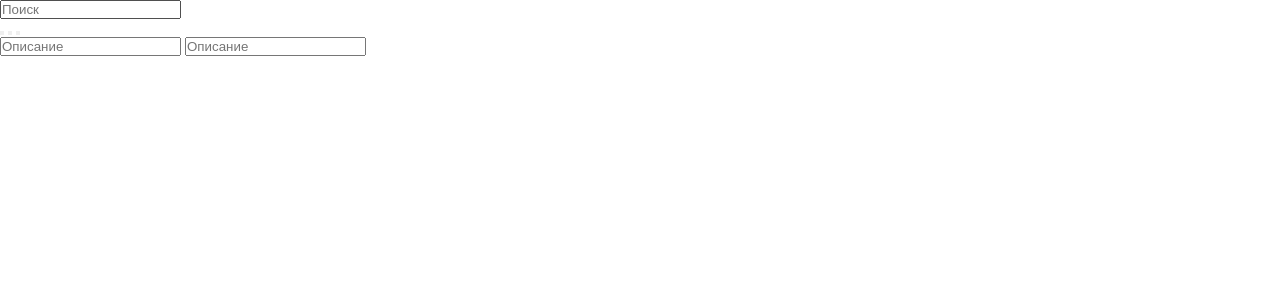
Repository: svetks0504-sudo/Projekt4_To_Do_List
Page: index.html
An editor plug-in stored every save of this project. The page is shown before and after the next save, followed by the edit.
The browser window is 1280 px wide. The pictures show the whole page.

Above is the page before, as saved 2025-11-18 11:30:46.

After the next save:
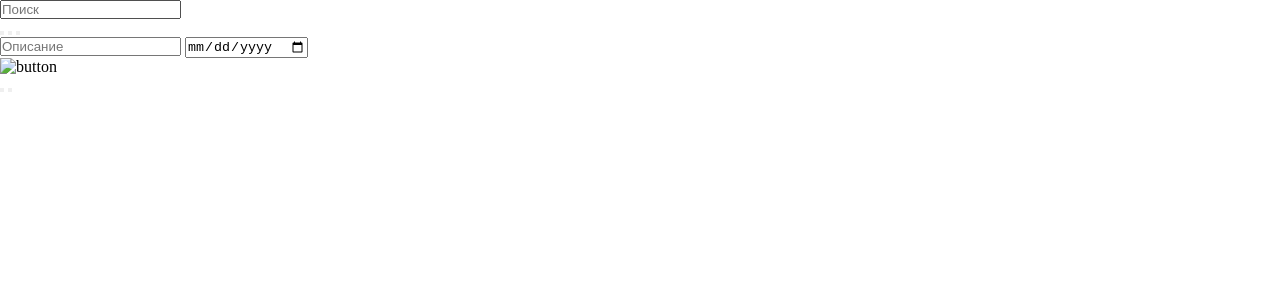
Saved 5 min 16 s later.
--- a/index.html
+++ b/index.html
@@ -11,7 +11,7 @@
     <div class="togeser1Ekran">
       <div class="time"></div>
       <form class="serch">
-        <input id="serchInput" placeholder="Поиск" />
+        <input type="text" id="serchInput" name="text" placeholder="Поиск" />
       </form>
       <div class="filtr">
         <button class="all"></button>
@@ -25,9 +25,16 @@
 
     <div class="smalDisplay">
       <form class="creatWork">
-        <input id="needToWork" placeholder="Описание" />
-        <input id="needDate" placeholder="Описание" />
+        <input type="text" id="needToWork" name="text" placeholder="Описание" />
+        <input type="date" id="needDate" name="date" placeholder="Дата" />
       </form>
+      <div class="remember">
+        <img src="" alt="button" />
+        <div class="funktional">
+          <button class="add"></button>
+          <button class="delete"></button>
+        </div>
+      </div>
     </div>
   </body>
   <script src="scripts/script.js"></script>
